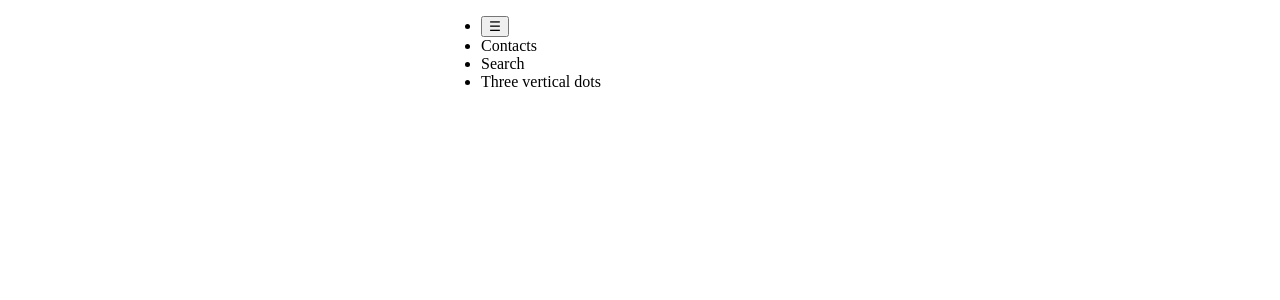
Repository: Sc-Juju/Mobile-Form
Page: index.html
The author's editor kept a copy of each file at every save. The page is drawn from the files as they stood at one save, then again after the next save.
The browser window is 1280 px wide. The pictures show the whole page.

Above is the page before, as saved 2022-10-27 13:50:30.

After the next save:
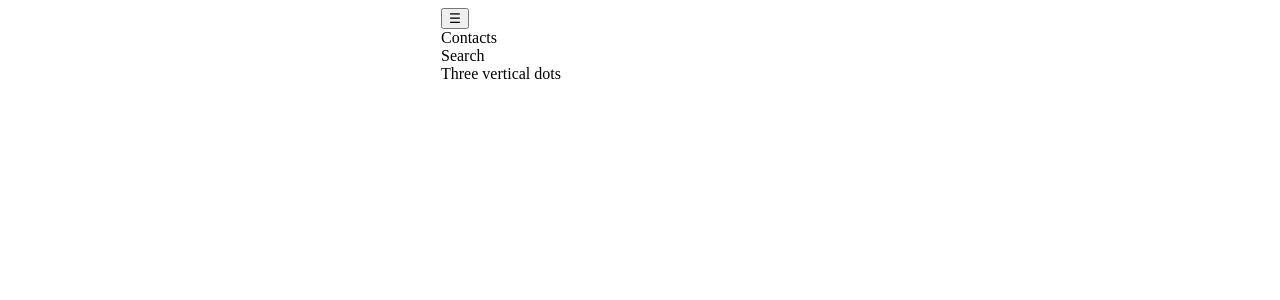
Saved 106 min 21 s later.
--- a/style.css
+++ b/style.css
@@ -10,16 +10,43 @@
 .btn{
     display: inline-block;
     font-weight: 400;
-    color: var(--font-color-dark);
+    color:var(--white);
     text-align: center;
     cursor: pointer;
     user-select: none;
     background-color: transparent;
     border: 1px solid transparent;
     padding: .375rem .75rem;
-    border-radius:1.25rem;
     transition: ease-in-out .3s;
 }
 .container{
     margin-left: auto;
+    background-color:var(--header-top);
 }
+ul{
+    padding:0;
+    margin:0;
+    list-style: none;
+}
+
+.navbar{
+    display: flex;
+    align-items: center;
+    background-color: var(--header-bottom);
+}
+.nav-link a{
+    color: var(--white);
+    font-size: .8125rem;
+    font-weight: 600;
+    font-family: "Hind", sans-serif;
+    text-transform: uppercase;
+    margin-right: 2.5rem;
+    line-height: 1.25rem;
+}
+a {text-decoration: none;}
+.nav-icon{
+    height:30px;
+}
+#name{
+    width: fit-content;
+}
